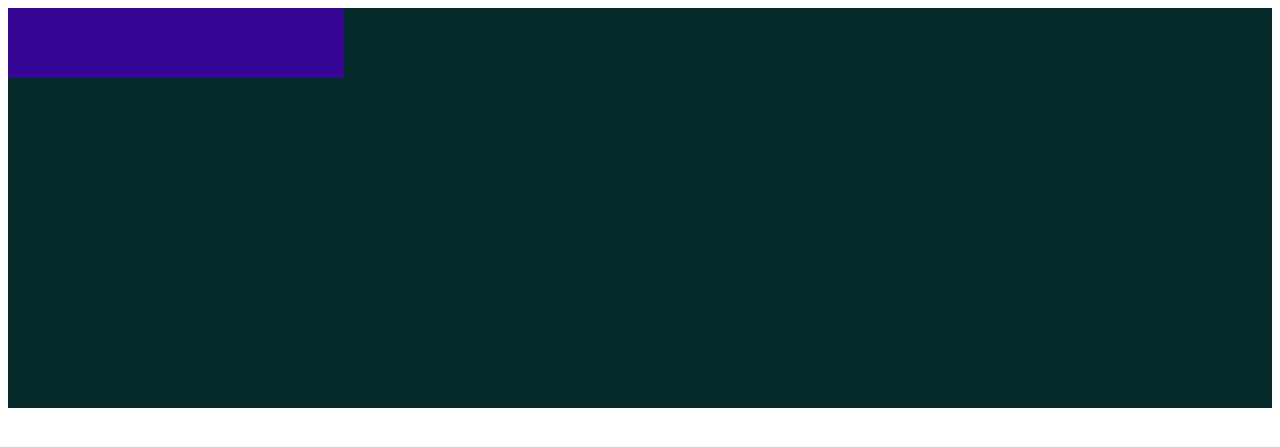
Repository: nmaury/TpsCambodge
Page: InternetProgramming/Css/sample.html
The author's editor kept a copy of each file at every save. The page is drawn from the files as they stood at one save, then again after the next save.
The browser window is 1280 px wide. The pictures show the whole page.

Above is the page before, as saved 2022-12-06 01:47:50.

After the next save:
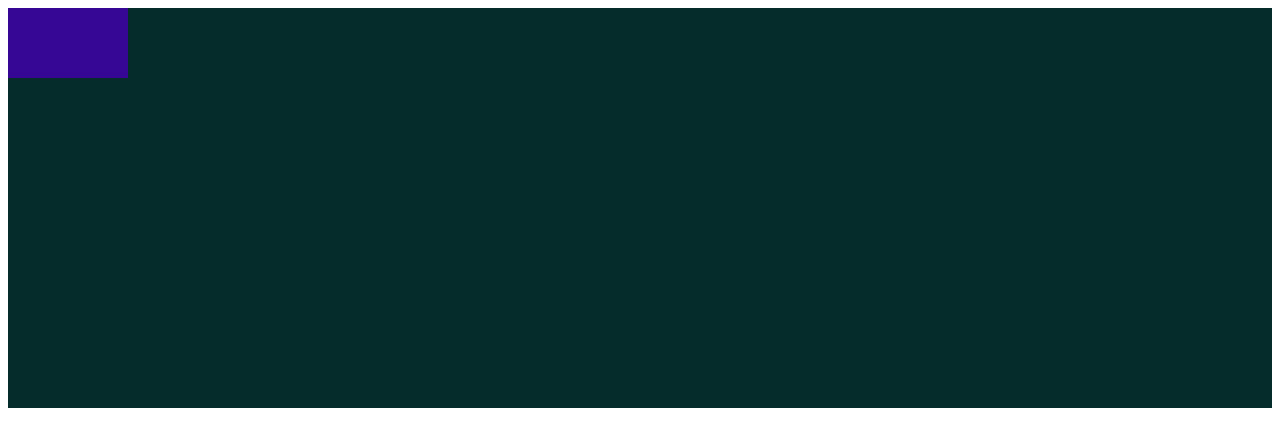
Saved 13 s later.
--- a/InternetProgramming/Css/sample.css
+++ b/InternetProgramming/Css/sample.css
@@ -1,7 +1,7 @@
 .item{
     background-color: rgb(54,7,148);
     padding : 10px;
-    width: 25%;
+    width: 100px;
     height: 50px;
     color: white;
     text-align: center;
